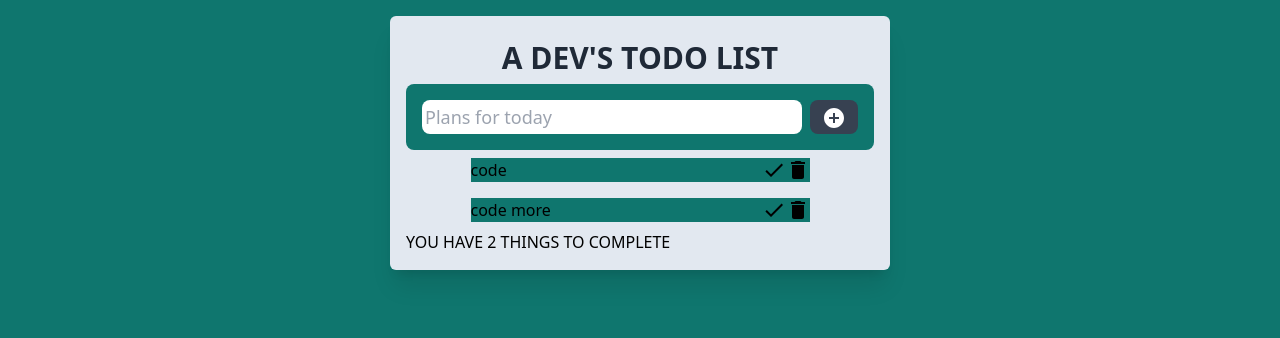
Repository: DevAntonioRogers/React-Todo-CRUD-App
Page: /
These files come from the project's save history. The page is drawn as it stood at one moment and after the next save; the edit follows.
The browser window is 1280 px wide. The pictures show the whole page.
The project was rebuilt for these pictures with package versions that can differ from the ones it lists, and the page was loaded fresh each time. Also part of the build but not shown: vite.config.ts.

Above is the page before, as saved 2023-05-14 19:52:55.

After the next save:
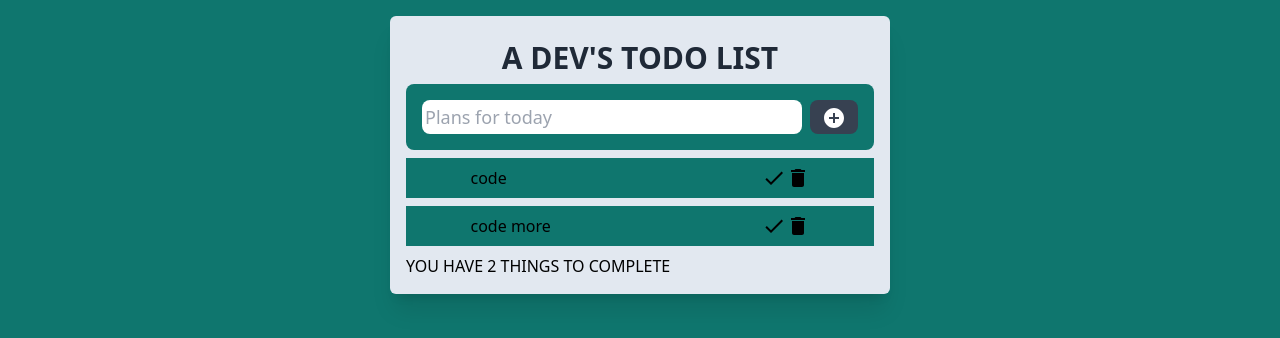
Saved 12 s later.
--- a/src/components/Todo.tsx
+++ b/src/components/Todo.tsx
@@ -7,8 +7,8 @@ interface TodoProps {
 
 const Todo = ({ todos }: TodoProps) => {
   return (
-    <li className="p-2 ">
-      <div className="flex items-center justify-between w-3/4 m-auto bg-teal-700">
+    <li className="p-2 bg-teal-700 my-2">
+      <div className="flex items-center justify-between w-3/4 m-auto ">
         <p>{todos}</p>
         <div className="flex">
           <CheckIcon />
